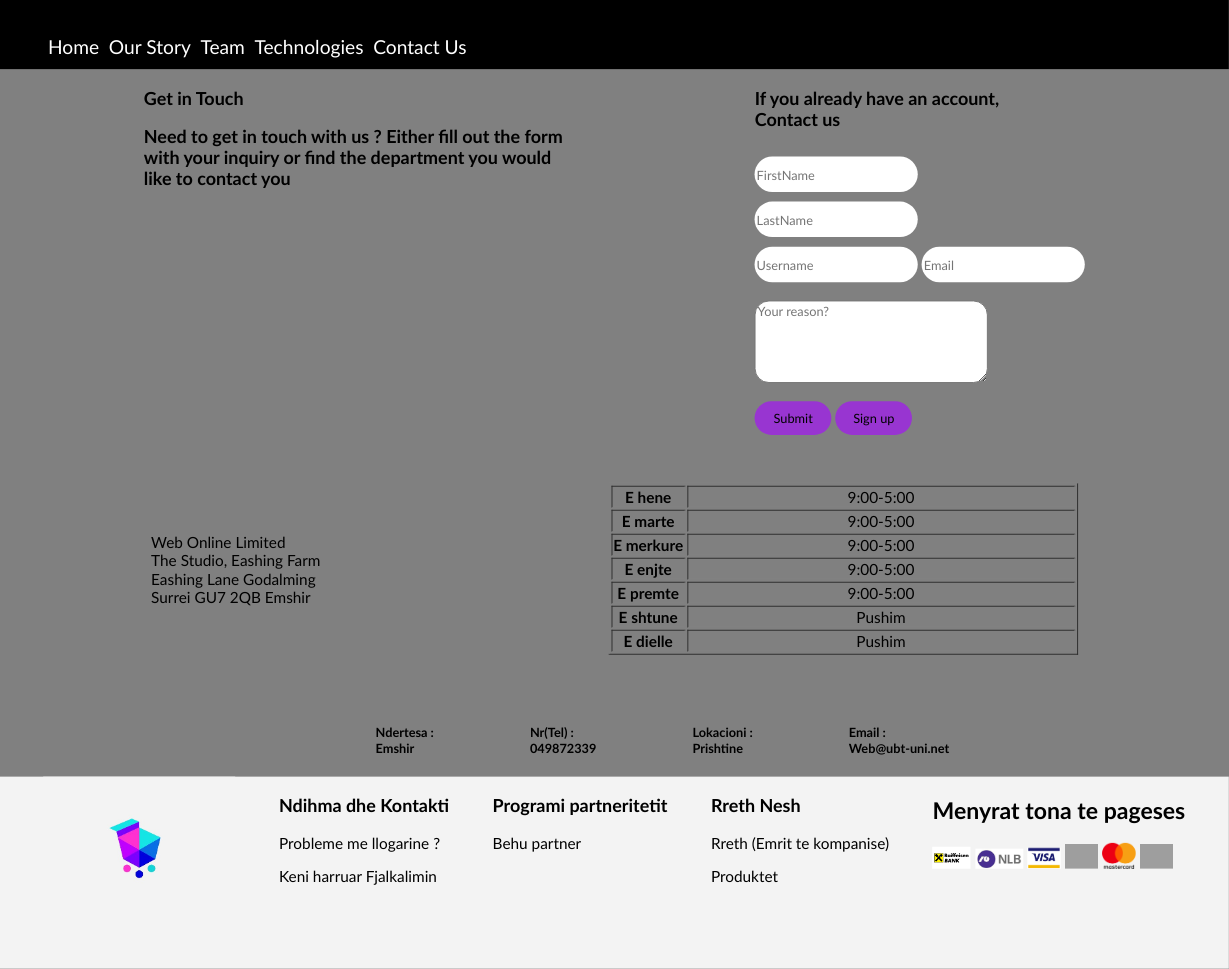
Repository: ArdiannS/online-sales-management
Page: http://localhost/prjekti__web/php/AboutUs.php
These files come from the project's save history. The page is drawn as it stood at one moment and after the next save; the edit follows.
The browser window is 1280 px wide. The pictures show the whole page, at 96% of full size.
Pictures or frames that could not be fetched are drawn as grey boxes. The page is run by PHP 8.4 with error messages shown; the project is at /var/www/html/.

Above is the page before, as saved 2023-02-20 23:45:24.

After the next save:
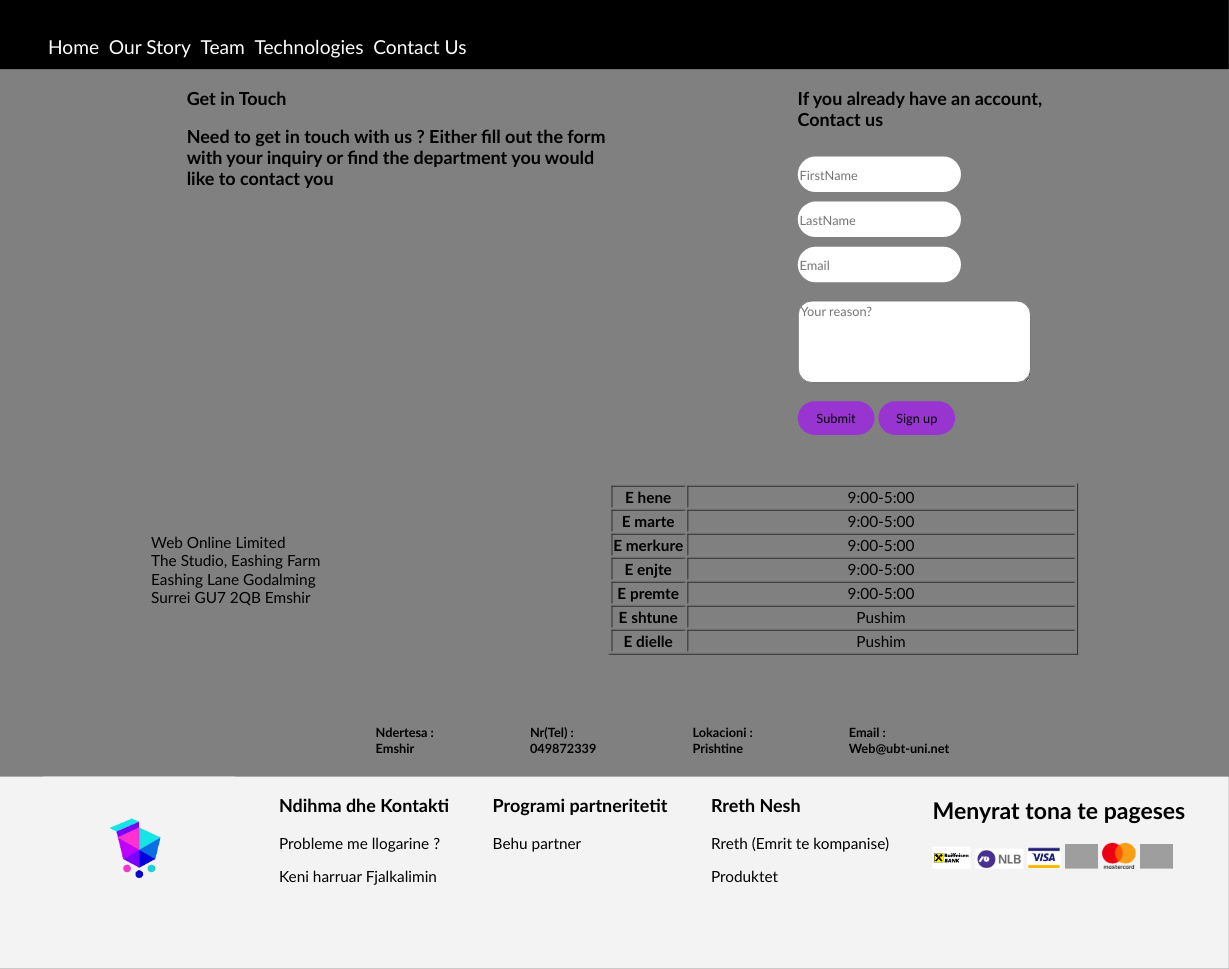
Saved 15 s later.
--- a/php/AboutUs.php
+++ b/php/AboutUs.php
@@ -43,7 +43,7 @@
                     <form id="form" onsubmit="return validate();" action="contactUs.php" method="POST">
                         <input type="text" placeholder="FirstName" id="name" name="name"> <br>
                         <input type="text" placeholder="LastName" id="LastName" name="lastName"><br>
-                        <input type="text" placeholder="Username" id="username" name="username">
+                        <!-- <input type="text" placeholder="Username" id="username" name="username"> -->
                         <input type="text" placeholder="Email" id="email" name="email"><br>
                         <br>
                         <textarea name="comments" id="" cols="30" rows="5" placeholder="Your reason?"></textarea><br>
